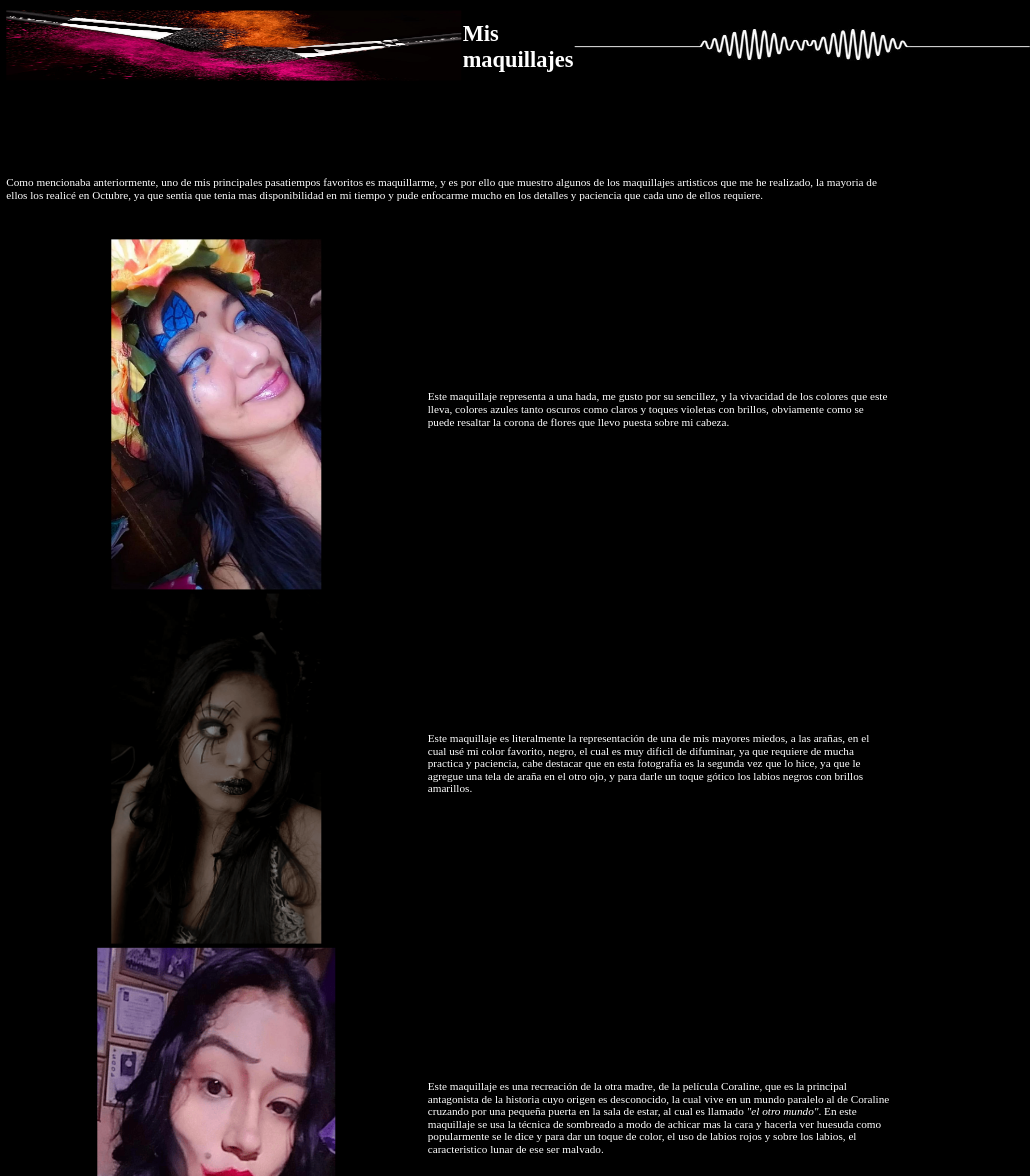
Repository: darlyn-saravia27/portafolio-darlynsaravia
Page: archivoshtml/maquillaje.html
An editor plug-in stored every save of this project. The page is shown before and after the next save, followed by the edit.
The browser window is 1280 px wide. The page is 1472 px wide, so the pictures cover 1472 px, including what lies to the right of the window. The pictures show the part of the page from y = 0 to 1680 px (the page is 4909 px tall), at 70% of full size.

Above is the page before, as saved 2023-03-08 04:19:19.

### archivoshtml/maquillaje.html
<!DOCTYPE html>
<html lang="es">
<head>
    <meta charset="UTF-8">
    <meta http-equiv="X-UA-Compatible" content="IE=edge">
    <meta name="viewport" content="width=device-width, initial-scale=1.0">
    <title>Maquillaje</title>
</head>
<body bgcolor="black">
    <table align="center" cellspacing="0" width="100%">
        <tr>
            <td>
                <img src="Cosmetics.png" width="650px" height="100">
            </td>
            <td>
                <h1><font color="white">Mis maquillajes</font></h1>
            </td>
            <td>
                <img src="_ (6).png" width="650px" height="100px">
            </td>
        </tr>
    </table>
    <table align="center" cellspacing="0" width="100%">
        <tr>
            <td colspan="2">
                <p><font color="white">Como mencionaba anteriormente, uno de mis principales pasatiempos favoritos es maquillarme,
                y es por ello que muestro algunos de los maquillajes artisticos que me he realizado, la
                mayoria de ellos los realicé en Octubre, ya que sentia que tenia mas disponibilidad en mi tiempo
                y pude enfocarme mucho en los detalles y paciencia que cada uno de ellos requiere.</font>
                </p>
                <br>
                <br>
            </td>
        </tr>
        <tr>
            <td align="center">
                <img src="fo1.png" width="300px" height="500px">
            </td>
            <td>
                <font color="white">Este maquillaje representa a una hada, me gusto por su sencillez, y la vivacidad de
                    los colores que este lleva, colores azules tanto oscuros como claros y toques violetas
                    con brillos, obviamente como se puede resaltar la corona de flores que llevo puesta
                    sobre mi cabeza.</font>
                <br>
                <br>
            </td>
        </tr>
        <tr>
            <td align="center">
                <img src="fo2.png" width="300px" height="500px">
            </td>
            <td><font color="white">Este maquillaje es literalmente la representación de una de mis mayores miedos,
                a las arañas, en el cual usé mi color favorito, negro, el cual es muy dificil de difuminar,
                ya que requiere de mucha practica y paciencia, cabe destacar que en esta fotografia es
                la segunda vez que lo hice, ya que le agregue una tela de araña en el otro ojo, y para darle
                un toque gótico los labios negros con brillos amarillos.</font>
                <br>
                <br>
            </td>
        </tr>
        <tr>
            <td align="center">
                <img src="fo3.png" width="340px" height="500px">
            </td>
            <td><font color="white">Este maquillaje es una recreación de la otra madre, de la película
                Coraline, que es la principal antagonista de la historia cuyo origen es desconocido, la
                cual vive en un mundo paralelo al de Coraline cruzando por una pequeña puerta en la sala
                de estar, al cual es llamado <i>"el otro mundo"</i>. En este maquillaje se usa la técnica
                de sombreado a modo de achicar mas la cara y hacerla ver huesuda como popularmente se le dice
                y para dar un toque de color, el uso de labios rojos y sobre los labios, el caracteristico lunar
                de ese ser malvado.</font>
                <br>
                <br>
            </td>
        </tr>
        <tr>
            <td align="center">
                <img src="fo4.png" width="500px" height="400px">
            </td>
            <td><font color="white">Recreación del maquillaje de Morticia Addams, entrando en contexto
                con este personaje, es el corazón, reina y alma de la Familia Addams, se describe como
                una vampiresa de piel pálida, cabello negro lacio, que usa vestidos negros góticos para
                combinar con su pelo. Volviendo al tema, quise recrear el maquillaje de una Tiktoker famosa,
                llamada Dorys Jocelyn Velásquez, la cual es una maquillista profesional y recrea maquillajes
                de todo tipo de ocasión, y por supuesto, los maquillajes artísticos, y me llamo mucho la atención
                el echo de como fucionó el personaje de Morticia con una catrina, tipos de maquillajes que los
                mexicanos usan el día de muertos. Recalco que me fascina trabajar con colores neutros, pero
                con el color negro en cualquier tipo de maquillaje es difícil de manejar, pero que con práctica,
                dedicación y paciencia, todo se hace mas fácil.</font>
                <br>
                <br>
            </td>
        </tr>
        <tr>
            <td align="center">
                <img src="fo5.png" width="300px" height="500px">
            </td>
            <td><font color="white">El maquillarte es como utilizar un lienzo blanco en el cual
                te dejas guiar por tu imaginación y gustos y comienzas a pintar, esta es una breve descripción
                de este maquillaje, ya que quise no lleva un patrón ni guía, simplemente es colorear de la
                manera en que gustes, usando cualquier variedad de tonos de colores, sombras, etc. </font>
                <br>
                <br>
            </td>

        </tr>
        <tr>
            <td align="center">
                <img src="fo6.png" width="500px" height="400px">
            </td>
            <td><font color="white">Quise agregar esta "tierna" fotografía sobre un maquillaje de un animal,
                una osa, representación de la fauna de los bosques, creo que ha sido uno de los mas sencillos
                y fáciles que he realizado.
                </font>
                <br>
                <br>
            </td>
        </tr>
        <tr>
            <td align="center">
                <img src="fo7.png" width="400px" height="500px">
            </td>
            <td><font color="white">El gran Joker, con una personalidad psicópata con humor sádico
                y retorcido enemigo de Batman, considero que este ha sido uno de los mejores maquillajes
                que me he realizado, tiene buen contraste de colores, y por supuesto que no debía faltar
                los toques de brillo. Me he sentido orgullosa de poder hacer a un villano y que haya quedado
                perfecto dentro de lo que cabe.</font>
                <br>
                <br>
            </td>

        </tr>
        <tr>
            <td align="center">
                <img src="fo8.png" width="300px" height="400px">
            </td>
            <td><font color="white">Este fue el primer maquillaje de araña que me realicé, me
                inspiré de uno de los maquillajes de la Tiktoker Fer Jalil, ya que ella se encargó de
                recrearlo y me llamó mucho la atención, así que decidí intentarlo y salió tal como me lo
                esperaba, sobre todo me encanta el efecto de sombreado y lo gótico que luce.
            </font></td>
            <br>
            <br>
        </tr>
        <tr>
            <td align="center">
                <img src="makedada.png" width="600px" height="300px">
            </td>
            <td><font color="white">Es uno de mis mayores logros, el haber participado en el concurso
                de maquillaje en el colegio en 2021, estabamos en pandemia y las clases eran totalmente
                virtuales, tenía miedo porque estaba entre participar o no, pero con el apoyo de personas
                muy cercanas a mi, me alentaron para participar, me decidí y así lo hice.
                Literalmente me inspiré en dos cosas: la primera, fue en las mariposas, y especificamente las
                de especie Morfo, que son mariposas de color azul, y segundo, por las flores ya que me encantan,
                y que mejor manera de combiar ambas cosas en un solo maquillaje, al cual le puse por nombre <i>"Morfo
                de la primavera"</i> basandome en que a las mariposas les encantan las flores.
                Lo que no me esperaba, era ganar el primer lugar, me sentí orgullosa de mi misma, porque
                pude demostrar que si puedo hacer lo que me proponga, que soy capaz de mostrarle a muchas
                personas lo que sé y sentirme orgullosa de ello.
            </font></td>
            <br>
            <br>
        </tr>
        <tr>
            <td align="center">
                <img src="makedada2.png" width="250px" height="500px">
            </td>
            <td><font color="white">Para finalizar esta sección de maquillajes, el año pasado(2022)
                me animé a participar de nuevo en el concurso de maquillaje, quería seguir demostrando todo
                lo que sé, el arte y potencial que tengo, no gané ningún lugar, pero lo importante para mi
                fue participar y sentirme feliz de realizar un maquillaje tan colorido y complejo como ese,
                tomé referencia de una fotografía de una famosa en maquillaje artístico, simplemente me volví
                a sentir orgullosa de mi, porque si logré mi objetivo y es la mejor satisfacción que yo puedo
                tener, y seguir demostrándome a mi misma que lo que es pasión para mi, lo demuestre
                sin ningún tipo de temor.</font></td>
            <br>
            <br>
        </tr>
    </table>
</body>
</html>

After the next save:
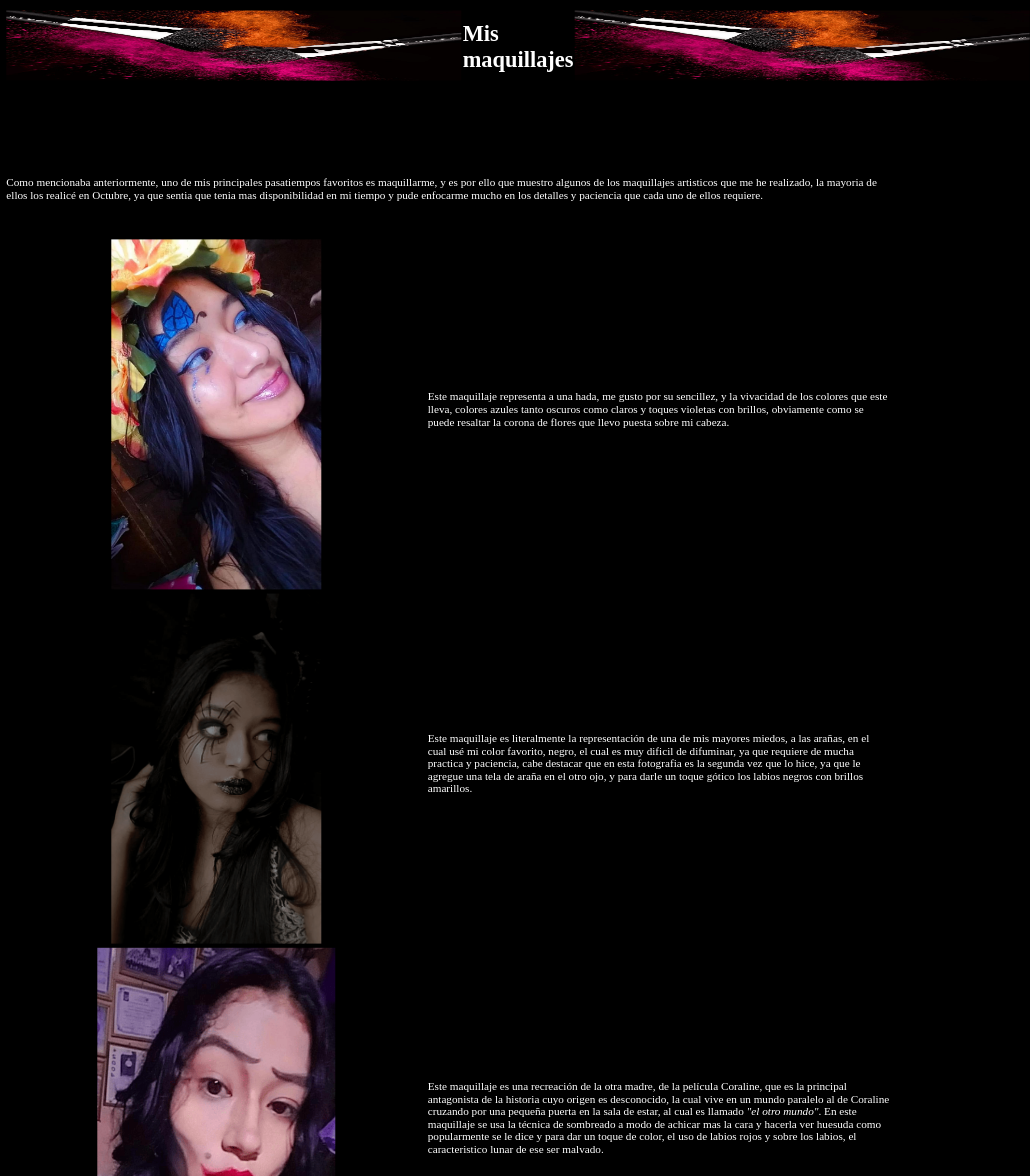
Saved 64 s later.
--- a/archivoshtml/maquillaje.html
+++ b/archivoshtml/maquillaje.html
@@ -16,7 +16,7 @@
                 <h1><font color="white">Mis maquillajes</font></h1>
             </td>
             <td>
-                <img src="_ (6).png" width="650px" height="100px">
+                <img src="Cosmetics.png" width="650px" height="100px">
             </td>
         </tr>
     </table>
